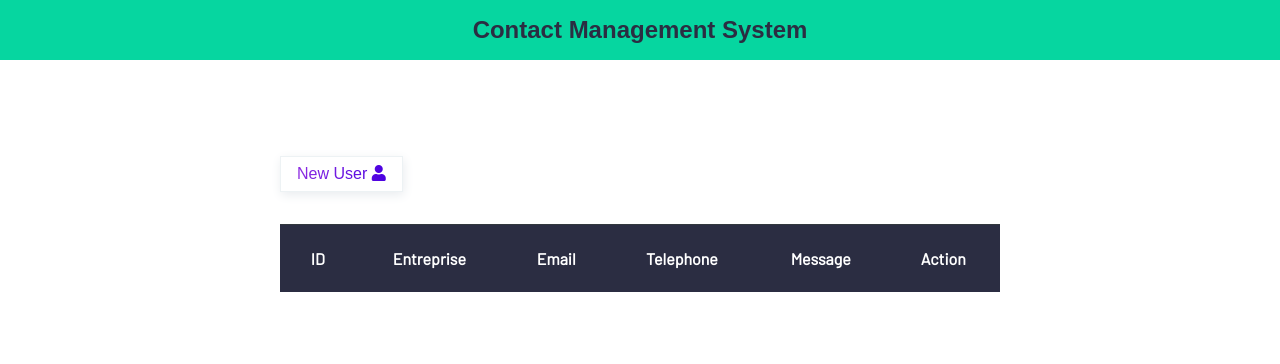
Repository: mohamed-makrani/Global_Development_Service_DBMS
Page: http://localhost/
An editor plug-in stored every save of this project. The page is shown before and after a run of saves, followed by the edit.
The browser window is 1280 px wide. The pictures show the whole page.
Some web fonts or font styles are not loaded; a fallback is used. The page is served by the project's Node server (DBMS/server.js). Queries for data that is not in the repository find no rows.

Above is the page before, as saved 2024-04-23 17:30:04.

After the next 2 saves:
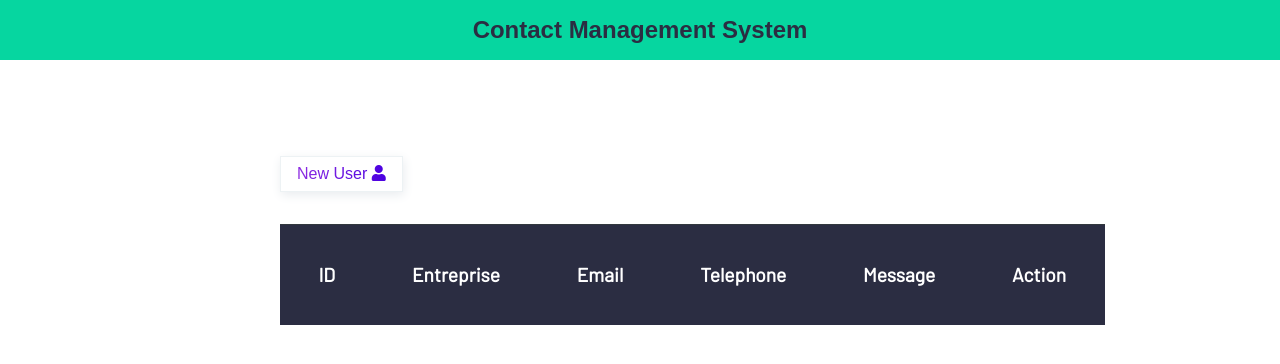
The 2 saves are shown as one change because they came seconds apart.
The last was saved 101 s later.
--- a/DBMS/assets/css/style.css
+++ b/DBMS/assets/css/style.css
@@ -92,11 +92,13 @@ table {
 
 .table td,
 .table th {
-    padding: 1.5em; /* Adjust padding to add space */
+    padding: 2em; /* Increase padding to add space */
     vertical-align: top;
     text-align: center;
     border-top: 1px solid var(--border);
-}
+    font-size: 1.2em; /* Increase font size */
+}
+
 
 .table td > a.btn {
     display: inline-block;
